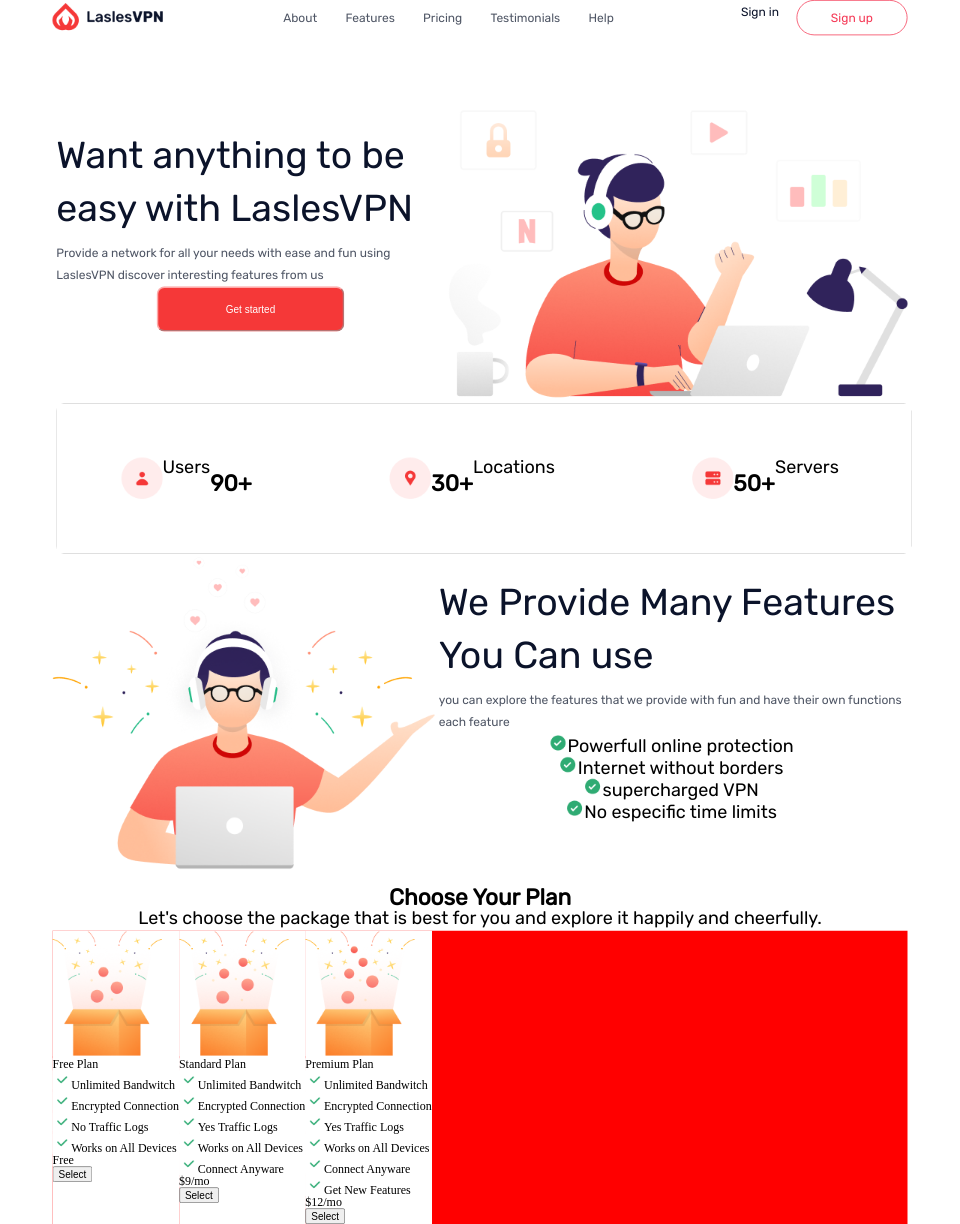
Repository: RaphaelMatheus-br/LP-251123
Page: index.html
The author's editor kept a copy of each file at every save. The page is drawn from the files as they stood at one save, then again after the next save.
The browser window is 1280 px wide. The pictures show the whole page, at 75% of full size.

Above is the page before, as saved 2023-11-25 16:19:40.

After the next save:
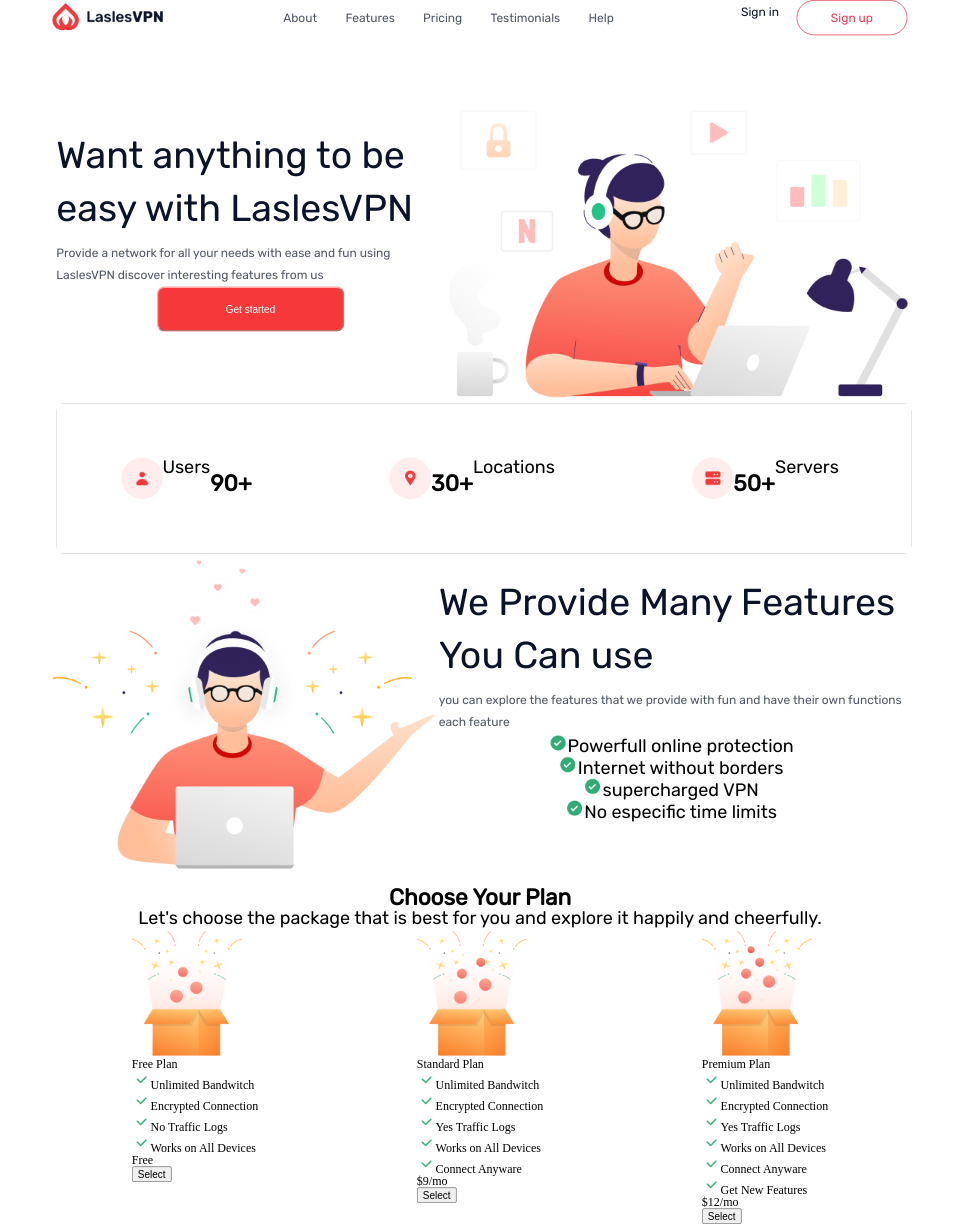
Saved 118 s later.
--- a/style.css
+++ b/style.css
@@ -234,5 +234,6 @@
 
 .box3 {
     display: flex;
-    background-color: red;
-}
+    width: 100%;
+    justify-content: space-around;
+}
